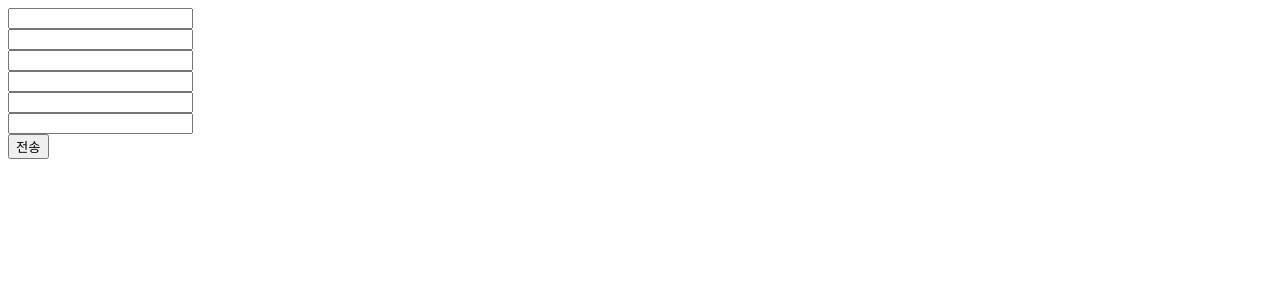
Repository: sagong0/servelet_home
Page: web/src/main/webapp/index3.html
These files come from the project's save history. The page is drawn as it stood at one moment and after the next save; the edit follows.
The browser window is 1280 px wide. The pictures show the whole page.

Above is the page before, as saved 2023-08-08 11:29:11.

After the next save:
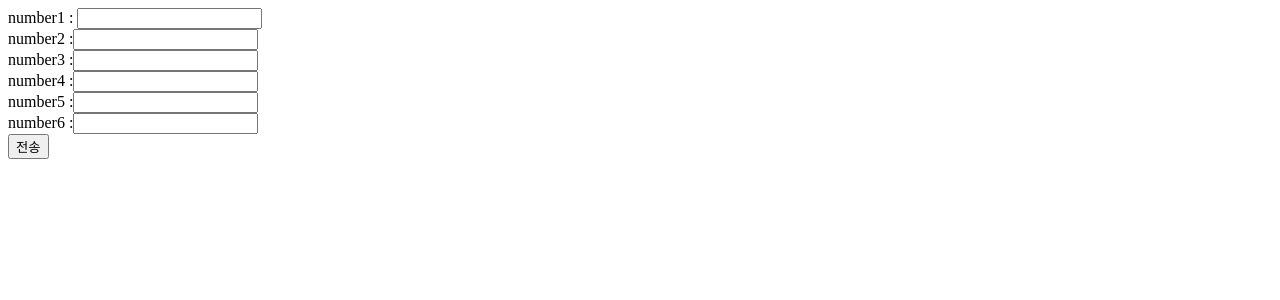
Saved 32 s later.
--- a/web/src/main/webapp/index3.html
+++ b/web/src/main/webapp/index3.html
@@ -6,12 +6,12 @@
 </head>
 <body>
 	<form id="f" method="post" action="">
-		<input type="text" name="no1"><br/>
-		<input type="text" name="no2"><br/>
-		<input type="text" name="no3"><br/>
-		<input type="text" name="no4"><br/>
-		<input type="text" name="no5"><br/>
-		<input type="text" name="no6"><br/>
+		number1 : <input type="text" name="no1"><br/>
+		number2 :<input type="text" name="no2"><br/>
+		number3 :<input type="text" name="no3"><br/>
+		number4 :<input type="text" name="no4"><br/>
+		number5 :<input type="text" name="no5"><br/>
+		number6 :<input type="text" name="no6"><br/>
 		<input type="button" value="전송">
 	</form>
 </body>
